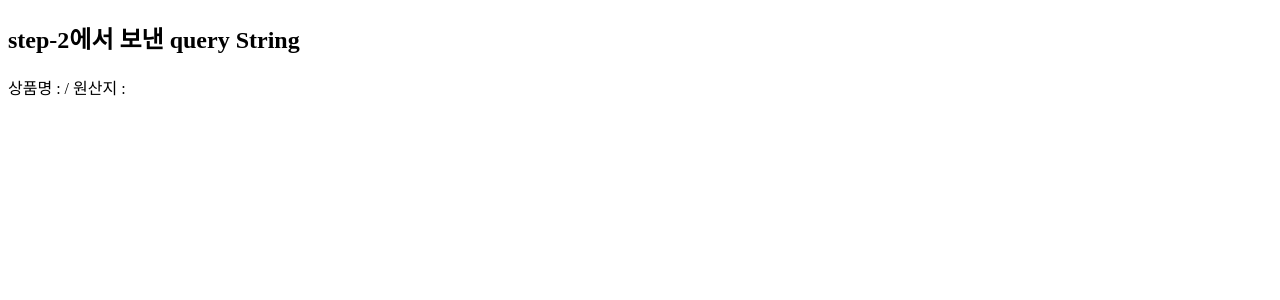
Repository: gajami-kim/240430_JSPJSTL_Study
Page: http://localhost/jstl_study/step-3.jsp
The author's editor kept a copy of each file at every save. The page is drawn from the files as they stood at one save, then again after the next save.
The browser window is 1280 px wide. The pictures show the whole page.
The page is served by Tomcat 9.

Above is the page before, as saved 2024-04-11 03:02:08.

After the next save:
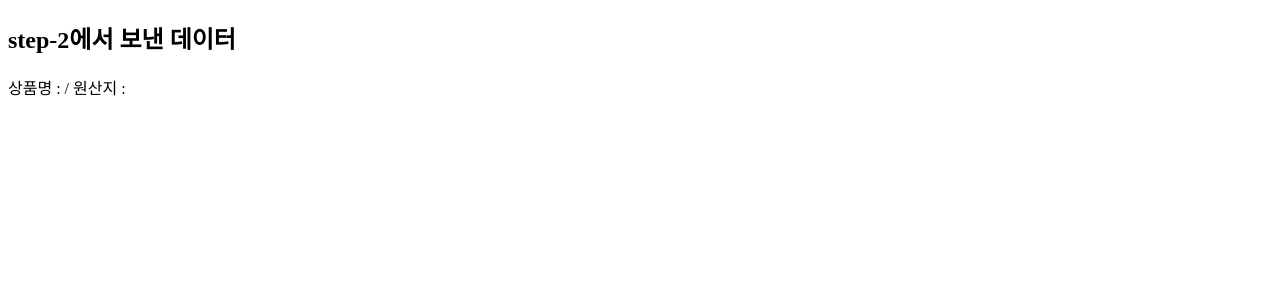
Saved 20 s later.
--- a/_jspl_workspace/jstl_study/src/main/webapp/step-3.jsp
+++ b/_jspl_workspace/jstl_study/src/main/webapp/step-3.jsp
@@ -7,7 +7,7 @@
 <title>Insert title here</title>
 </head>
 <body>
-	<h2>step-2에서 보낸 query String</h2>
+	<h2>step-2에서 보낸 데이터</h2>
 	상품명 : ${param.name } / 원산지 : ${param.address }
 </body>
 </html>
